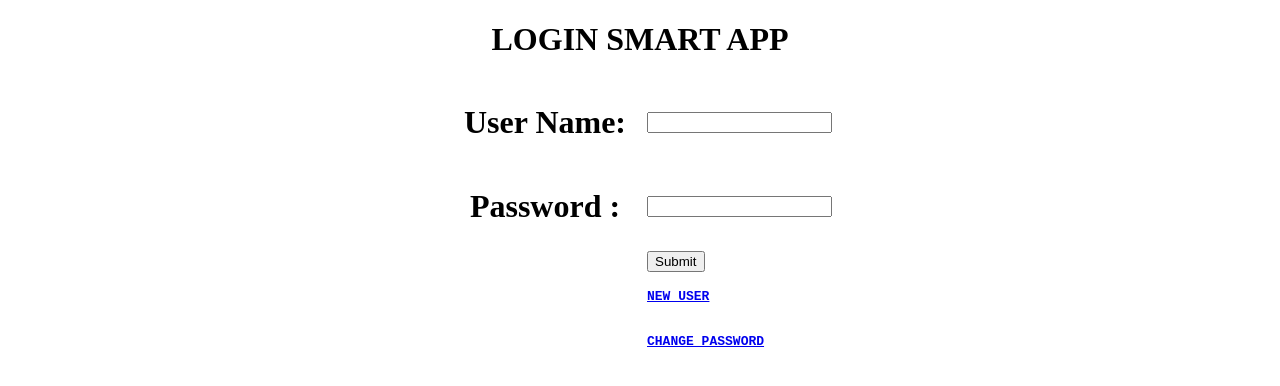
Repository: ishaan001/Smart-Tourist-App
Page: SmartTouristApp/WebContent/Front.html
These files come from the project's save history. The page is drawn as it stood at one moment and after the next save; the edit follows.
The browser window is 1280 px wide. The pictures show the whole page.

Above is the page before, as saved 2017-09-22 18:24:01.

After the next save:
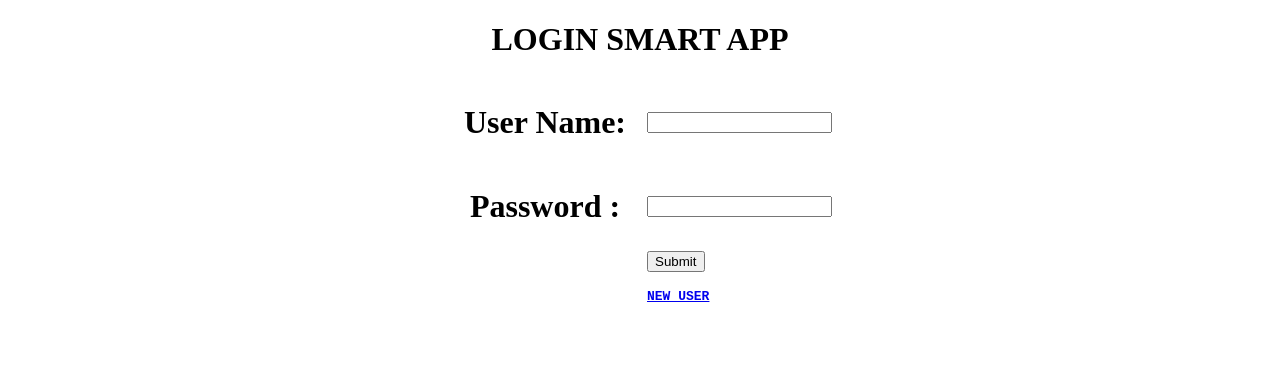
Saved 8 h 55 min later.
--- a/SmartTouristApp/WebContent/Front.html
+++ b/SmartTouristApp/WebContent/Front.html
@@ -42,11 +42,7 @@ else if(password==null || password==""){
   	<td>&nbsp;</td>
     <td><pre><a href="Register_smartApp.html"><strong>NEW USER</strong></a></pre></td>
   </tr>
-  <tr>
-  	<td>&nbsp;</td>
-    <td><pre><a href="changePass.html"><strong>CHANGE PASSWORD</strong></a></pre></td>
-  </tr>
-</table>
+ </table>
 </form>
 
 <br>
